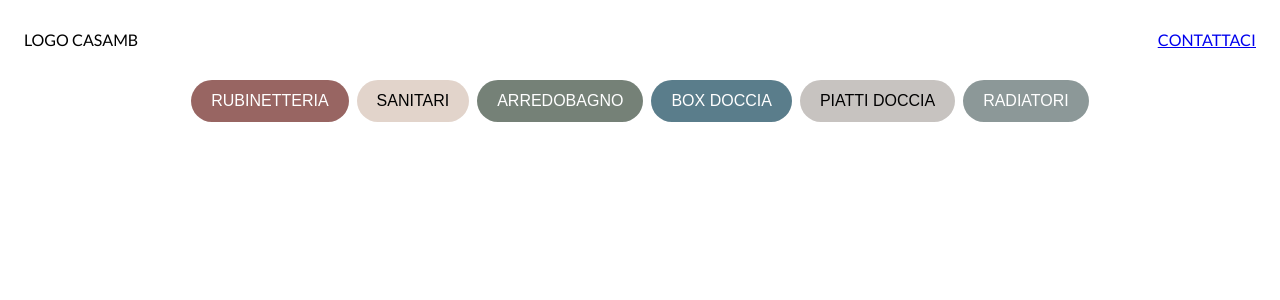
Repository: nicolorz/casamb
Page: /
The author's editor kept a copy of each file at every save. The page is drawn from the files as they stood at one save, then again after the next save.
The browser window is 1280 px wide. The pictures show the whole page.
The project was rebuilt for these pictures with package versions that can differ from the ones it lists, and the page was loaded fresh each time. Also part of the build but not shown: src/index.css, src/App.css.

Above is the page before, as saved 2023-07-18 18:44:40.

After the next save:
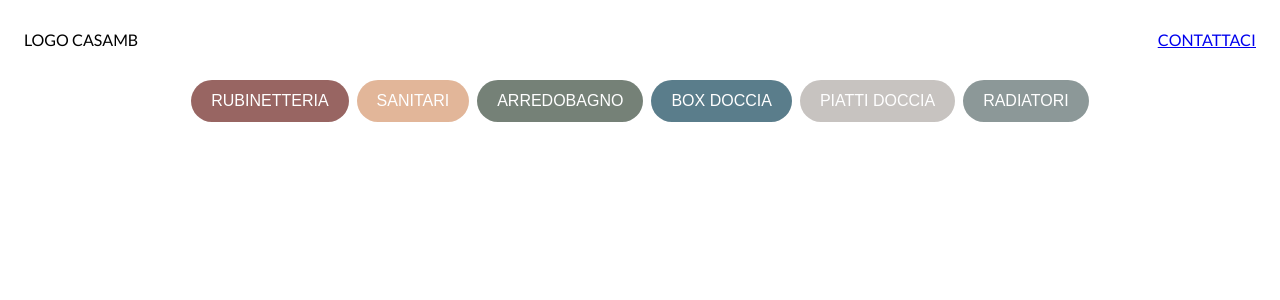
Saved 2 min 31 s later.
--- a/src/components/HeaderWrapper/HeaderBottom.js
+++ b/src/components/HeaderWrapper/HeaderBottom.js
@@ -10,8 +10,8 @@ const sortingButtons = [
     {
         tag: 'sanitari',
         label: 'sanitari',
-        backgroundColor: '#E2D4CB',
-        color: false
+        backgroundColor: '#E2B699',
+        color: true
     },
     {
         tag: 'arredobagno',
@@ -29,7 +29,7 @@ const sortingButtons = [
         tag: 'piattidoccia',
         label: 'piatti doccia',
         backgroundColor: '#C7C3C0',
-        color: false
+        color: true
     },
     {
         tag: 'radiatori',
